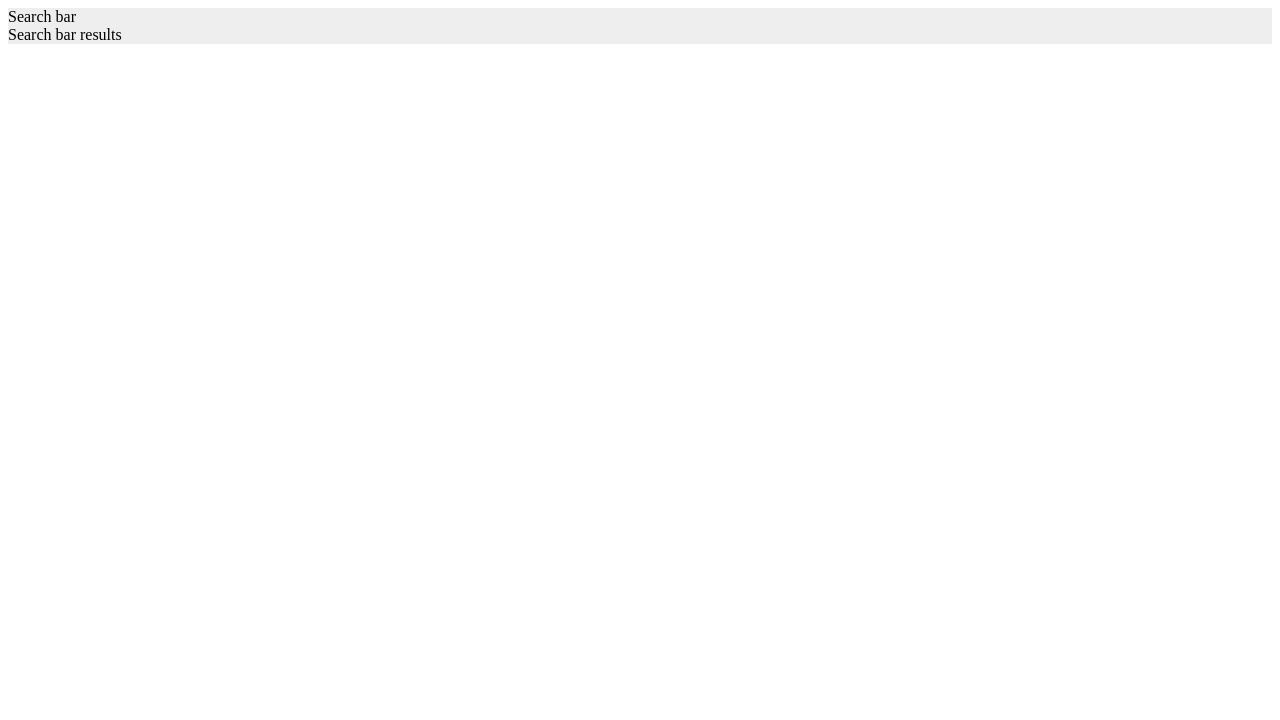
Repository: thai-shriya/react-search-bar
Page: /
The author's editor kept a copy of each file at every save. The page is drawn from the files as they stood at one save, then again after the next save.
The browser window is 1280 px wide. The pictures show the whole page.
The project was rebuilt for these pictures with package versions that can differ from the ones it lists, and the page was loaded fresh each time. Also part of the build but not shown: src/index.css.

Above is the page before, as saved 2024-06-03 13:10:51.

### src/App.jsx
import { useState } from 'react'
import './App.css'

function App() {


  return (
    <div className="App">
      <div className="search-bar-container">
        Search bar
      </div>
      <div className="search-bar-results">Search bar results</div>
      </div>
  )
}

export default App

### src/App.css
.App{
  background-color: #eee;
}

Loaded but not shown: src/main.jsx (common file)

After the next save:
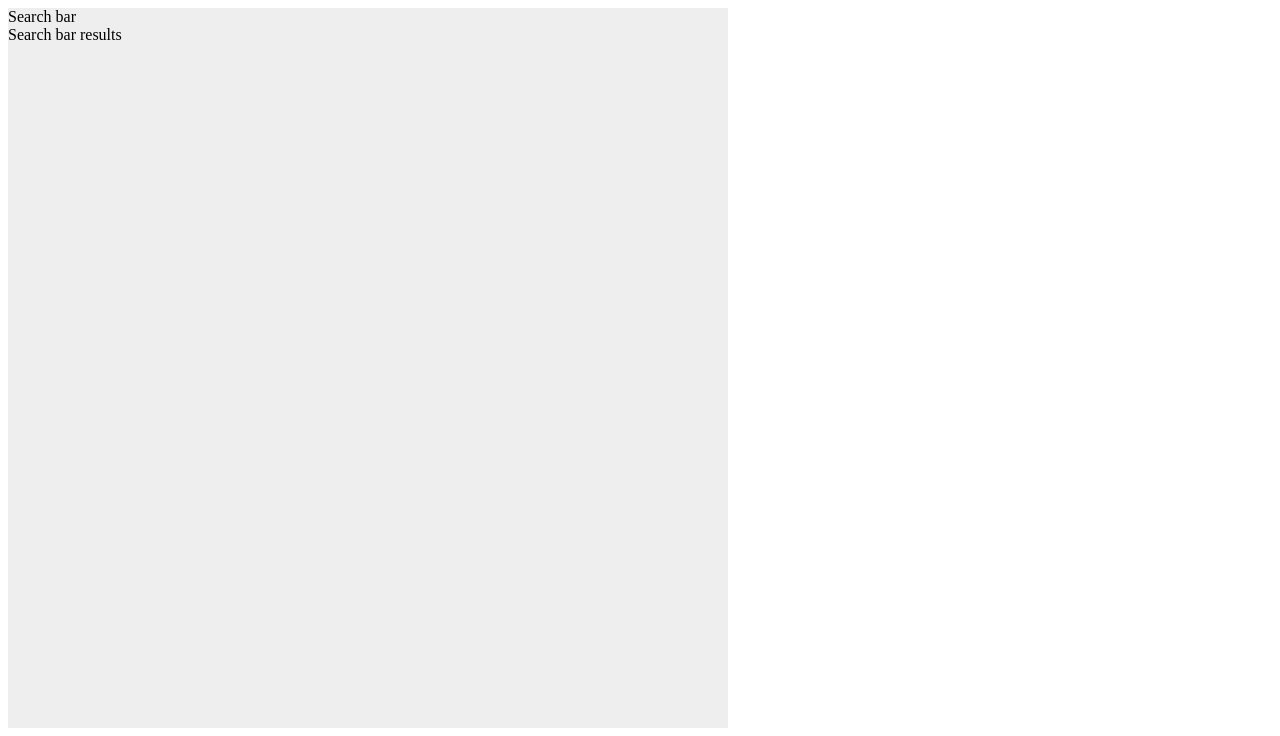
Saved 13 s later.
--- a/src/App.css
+++ b/src/App.css
@@ -1,3 +1,5 @@
 .App{
   background-color: #eee;
+  height: 100vh;
+  width: 100vh;
 }
